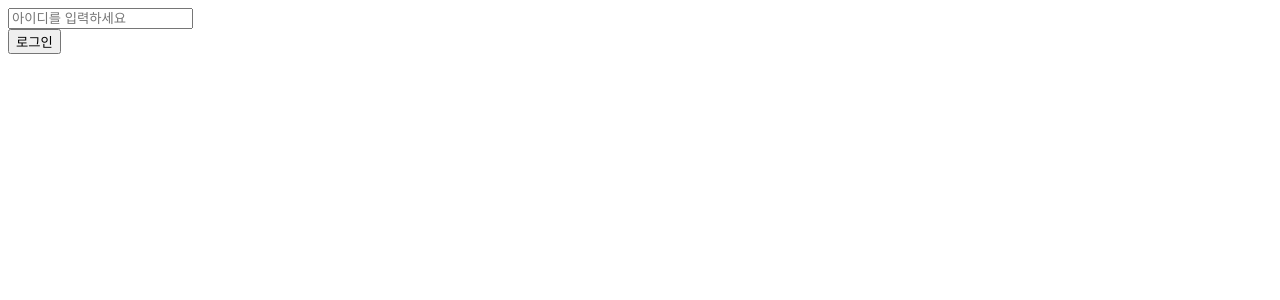
Repository: mekeyace/portfolio
Page: http://localhost/web/mobile.jsp
These files come from the project's save history. The page is drawn as it stood at one moment and after the next save; the edit follows.
The browser window is 1280 px wide. The pictures show the whole page.
The page is served by Tomcat 9. Other server files are loaded and not shown.

Above is the page before, as saved 2023-06-22 05:53:44.

### maven/web/src/main/webapp/mobile.jsp
<%@ page language="java" contentType="text/html; charset=UTF-8"
    pageEncoding="UTF-8"%>
<!DOCTYPE html>
<html>
<head>
<meta charset="UTF-8">
<meta name="viewport" content="width=device-width, initial-scale=1">
<title>모바일 전용 사용시 오브젝트 변화 (calc)</title>
</head>
<body>

<input type="text" class="mid" placeholder="아이디를 입력하세요"><br>
<input type="submit" value="로그인" class="btn">


</body>
</html>

After the next save:
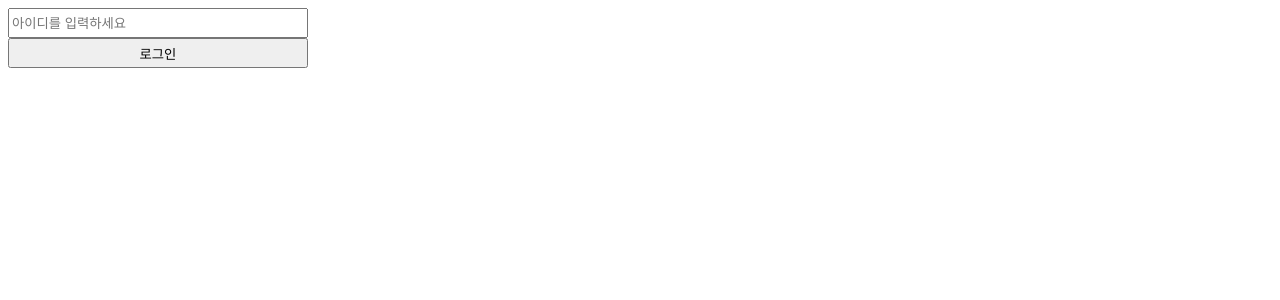
Saved 87 s later.
--- a/maven/web/src/main/webapp/mobile.jsp
+++ b/maven/web/src/main/webapp/mobile.jsp
@@ -6,12 +6,22 @@
 <meta charset="UTF-8">
 <meta name="viewport" content="width=device-width, initial-scale=1">
 <title>모바일 전용 사용시 오브젝트 변화 (calc)</title>
+<!-- 340 ~ 580px -->
+<style>
+.mid {
+width : 300px;
+height: 30px;
+box-sizing: border-box;
+}
+.btn{
+width:300px;
+height:30px;
+box-sizing: border-box;
+}
+</style>
 </head>
 <body>
-
 <input type="text" class="mid" placeholder="아이디를 입력하세요"><br>
 <input type="submit" value="로그인" class="btn">
-
-
 </body>
 </html>
